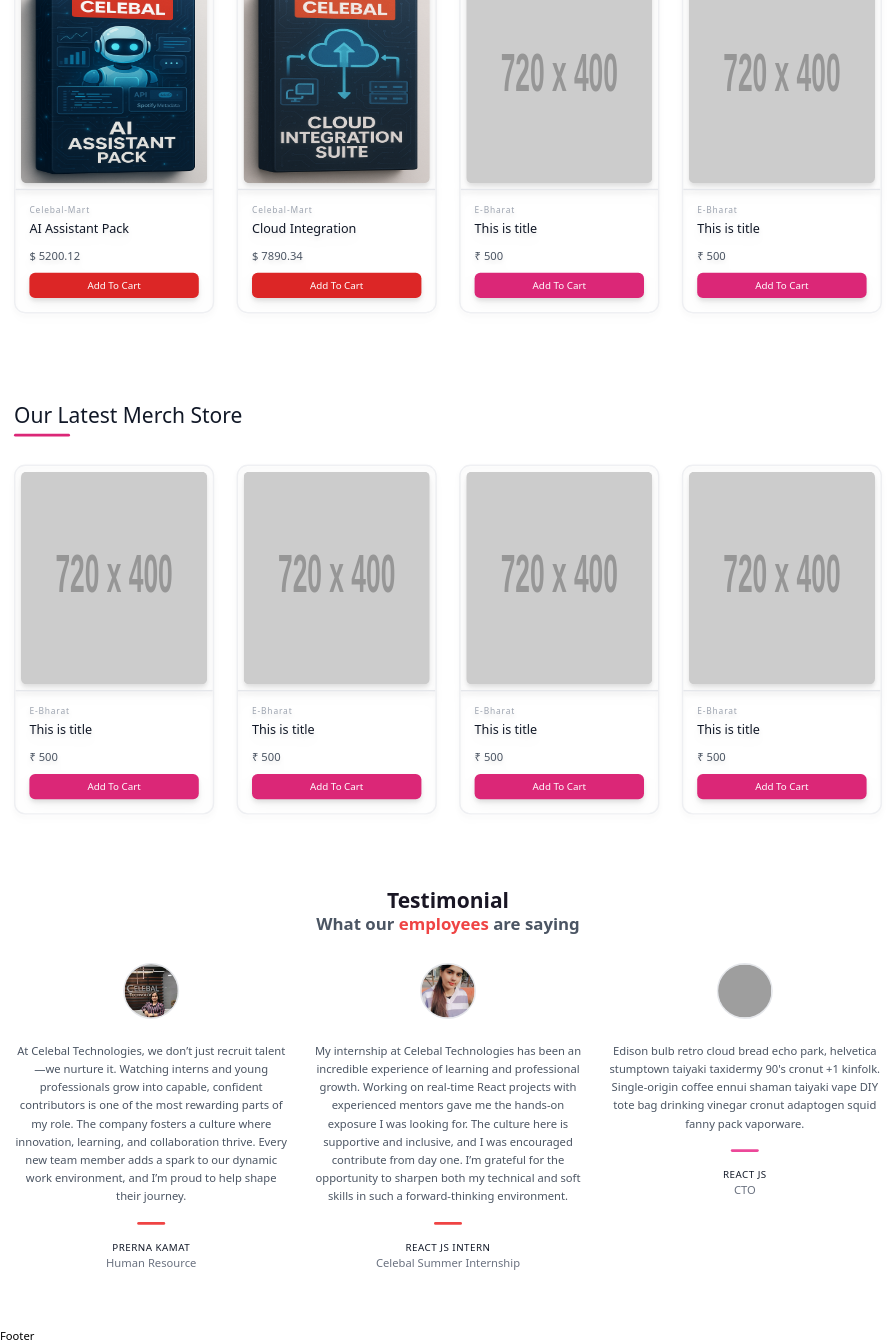
Repository: aakanshimalik/Celebal_Mart
Page: /
An editor plug-in stored every save of this project. The page is shown before and after the next save, followed by the edit.
The browser window is 1280 px wide. The pictures show the part of the page from y = 1154 to 3074 px (the page is 3074 px tall), at 70% of full size.
Pictures or frames that could not be fetched are drawn as grey boxes. The project was rebuilt for these pictures with package versions that can differ from the ones it lists, and the page was loaded fresh each time. Also part of the build but not shown: vite.config.js, src/context/data/myContext.jsx, src/pages/order/Order.jsx, src/pages/cart/Cart.jsx, src/pages/admin/dashboard/Dashboard.jsx, src/pages/nopage/NoPage.jsx.

Above is the page before, as saved 2025-07-11 19:00:09.

After the next save:
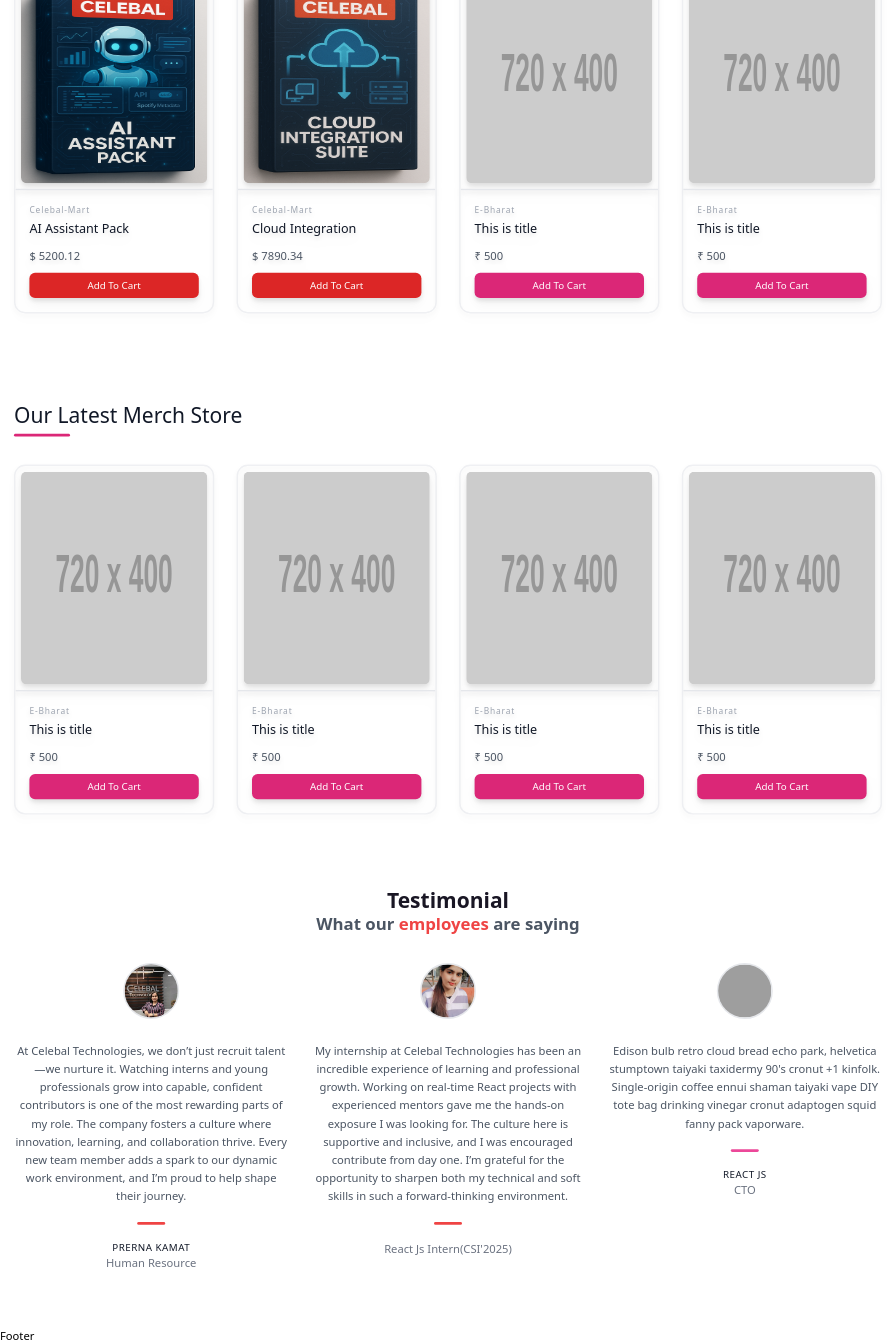
Saved 72 s later.
--- a/src/components/testimonial/Testimonial.jsx
+++ b/src/components/testimonial/Testimonial.jsx
@@ -32,8 +32,8 @@
                                     My internship at Celebal Technologies has been an incredible experience of learning and professional growth. Working on real-time React projects with experienced mentors gave me the hands-on exposure I was looking for. The culture here is supportive and inclusive, and I was encouraged contribute from day one. I’m grateful for the opportunity to sharpen both my technical and soft skills in such a forward-thinking environment.
                                 </p>
                                 <span className="inline-block h-1 w-10 rounded bg-red-500 mt-6 mb-4" />
-                                <h2 style={{color: mode === 'dark' ? '#ff4162' : ''}} className="text-gray-900 font-medium title-font tracking-wider text-sm uppercase">React Js Intern</h2>
-                                <p style={{color: mode === 'dark' ? 'white' : ''}} className="text-gray-500">Celebal Summer Internship</p>
+                                <h2 style={{color: mode === 'dark' ? '#ff4162' : ''}} className="text-gray-900 font-medium title-font tracking-wider text-sm uppercase"></h2>
+                                <p style={{color: mode === 'dark' ? 'white' : ''}} className="text-gray-500">React Js Intern(CSI'2025)</p>
                             </div>
                         </div>
                         <div className="lg:w-1/3 lg:mb-0 p-4">
